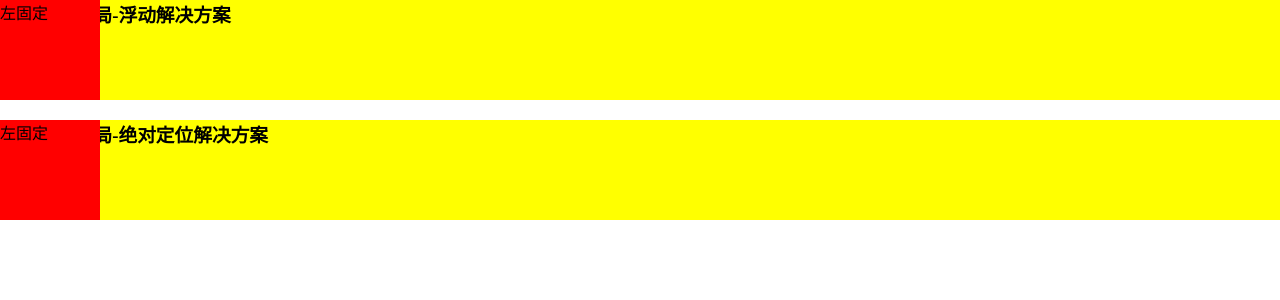
Repository: Qianfane/Blog
Page: 面试相关/测试/2-1、两栏布局-左固定右自适应.html
The author's editor kept a copy of each file at every save. The page is drawn from the files as they stood at one save, then again after a run of saves.
The browser window is 1280 px wide. The pictures show the whole page.

Above is the page before, as saved 2022-01-03 16:05:32.

### 面试相关/测试/2-1、两栏布局-左固定右自适应.html
<!DOCTYPE html>
<html lang="en">

<head>
    <meta charset="UTF-8">
    <meta http-equiv="X-UA-Compatible" content="IE=edge">
    <meta name="viewport" content="width=device-width, initial-scale=1.0">
    <title>2-1、两栏布局-左固定右自适应</title>
    <style>
        html * {
            padding: 0;
            margin: 0;
        }

        .layout {
            margin-bottom: 20px;
        }
        .layout div {
            min-height: 100px;
        }
    </style>
</head>

<body>
    <!-- 浮动解决方案 -->
    <section class="layout float">
        <style>
            .layout.float .left {
                float: left;

                width: 100px;
                background: red;
            }

            .layout.float .right {
                /* width: 100px; */
                background: yellow;
            }
        </style>
        <article class="left-right">
            <div class="left">左固定</div>
            <div class="right">
                <h1>这是两栏布局-浮动解决方案</h1>
                <p>右自适应</p>
                <p>右自适应</p>
                <p>右自适应</p>
            </div>
        </article>
    </section>

    <!-- 绝对定位解决方案 -->
    <section class="layout float">
        <style>
            .layout .left {
                position: absolute;
            }
        </style>
        <article class="left-right">
            <div class="left">左固定</div>
            <div class="right">
                <h1>这是两栏布局-绝对定位解决方案</h1>
                <p>右自适应</p>
                <p>右自适应</p>
                <p>右自适应</p>
            </div>
        </article>
    </section>
</body>

</html>

After the next 2 saves:
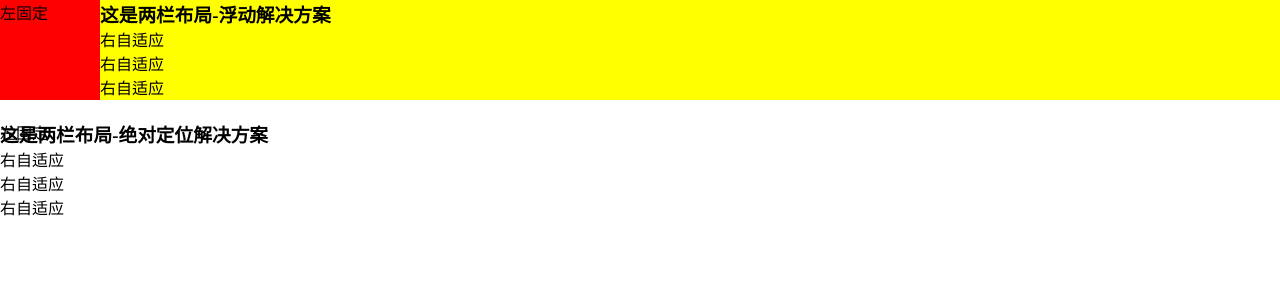
The 2 saves are shown as one change because they came seconds apart.
The last was saved 10 s later.
--- a/面试相关/测试/2-1、两栏布局-左固定右自适应.html
+++ b/面试相关/测试/2-1、两栏布局-左固定右自适应.html
@@ -49,9 +49,9 @@
     </section>
 
     <!-- 绝对定位解决方案 -->
-    <section class="layout float">
+    <section class="layout absolute">
         <style>
-            .layout .left {
+            .layout.absolute .left {
                 position: absolute;
             }
         </style>
